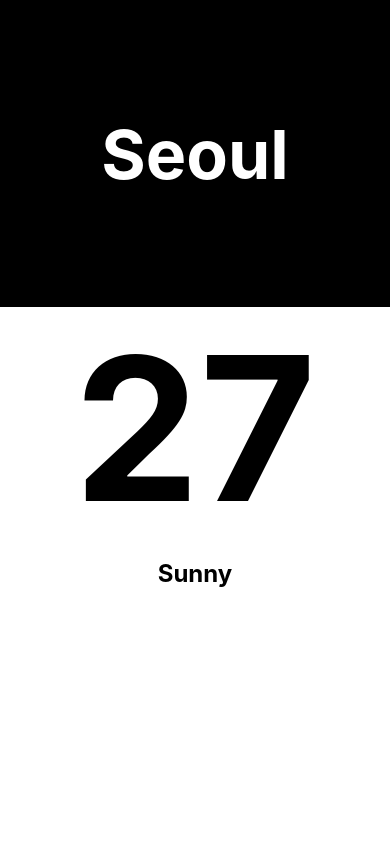
Repository: NewTurn2017/React-Native-Weather-App
Screen: /
An editor plug-in stored every save of this project. The screen is shown before and after a run of saves, followed by the edit.
The app was drawn by React Native's web renderer in a window 390 px wide. The project was rebuilt for these pictures with package versions that can differ from the ones it lists, and the page was loaded fresh each time.

Above is the screen before, as saved 2023-04-21 11:57:21.

After the next 3 saves:
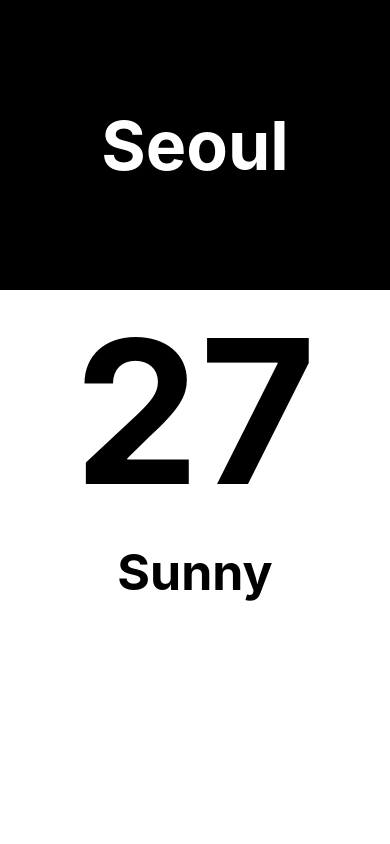
The 3 saves are shown as one change because they came seconds apart.
The last was saved 11 s later.
--- a/App.js
+++ b/App.js
@@ -65,7 +65,7 @@ const styles = StyleSheet.create({
   },
   description: {
     color: 'black',
-    fontSize: 24,
+    fontSize: 50,
     fontWeight: 'bold',
     marginTop: 10, // Add marginTop to reduce the gap between temp and description
   },
